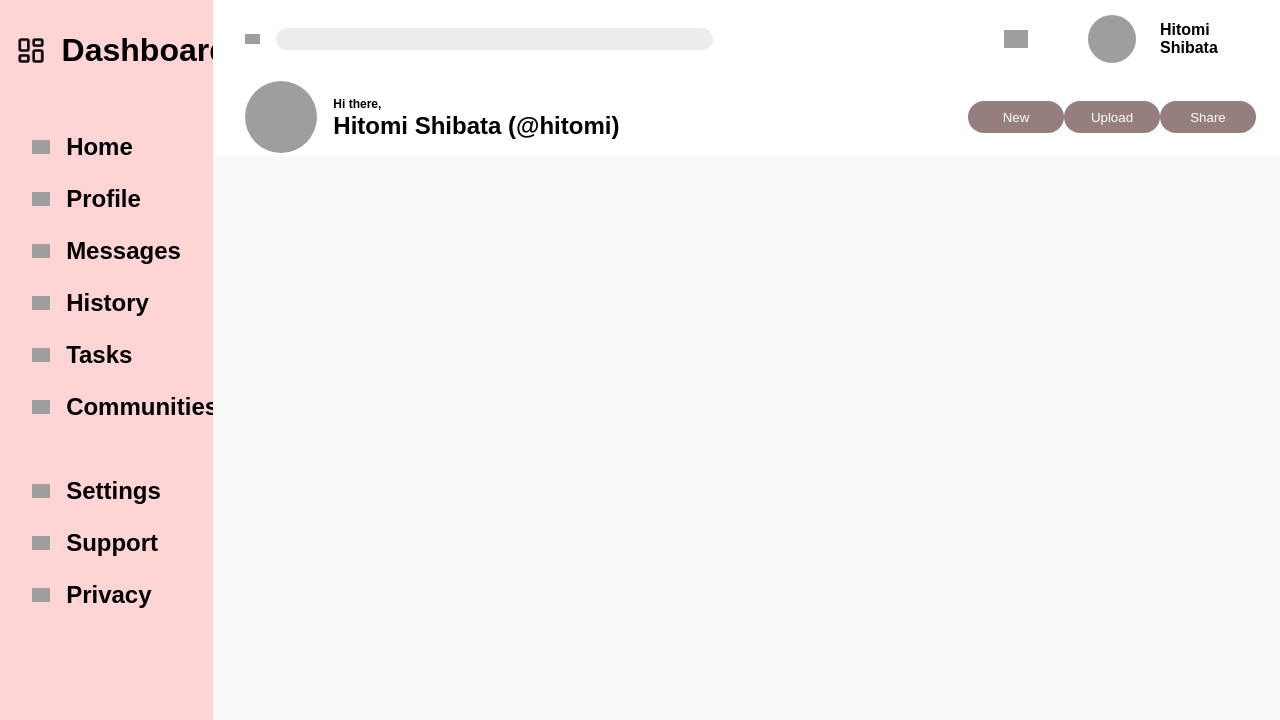
Repository: yeetzpxoci/dashboard
Page: index.html
An editor plug-in stored every save of this project. The page is shown before and after the next save, followed by the edit.
The browser window is 1280 px wide. The pictures show the whole page.
Pictures or frames that could not be fetched are drawn as grey boxes.

Above is the page before, as saved 2023-02-18 13:39:23.

After the next save:
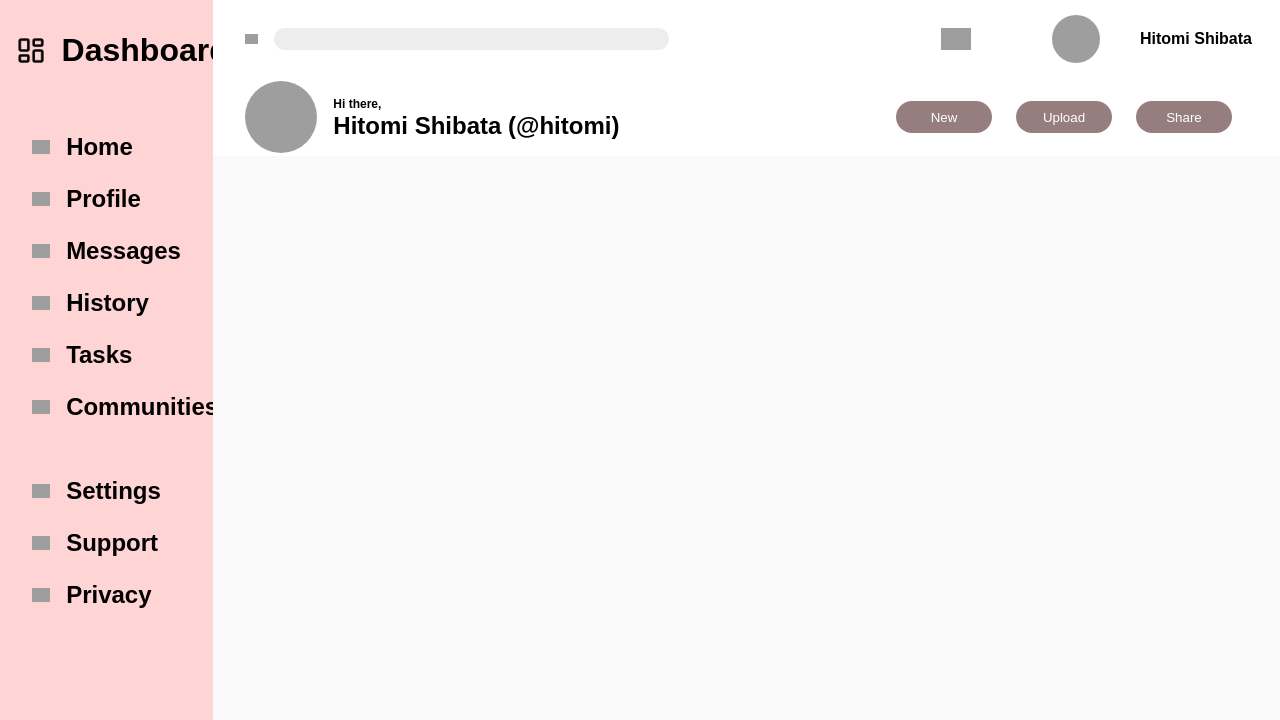
Saved 17 s later.
--- a/styles.css
+++ b/styles.css
@@ -138,6 +138,7 @@ button {
     border-radius: 24px;
     border-width: 0px;
     color: white;
+    margin-right: 24px;
 }
 
 .main-content {
